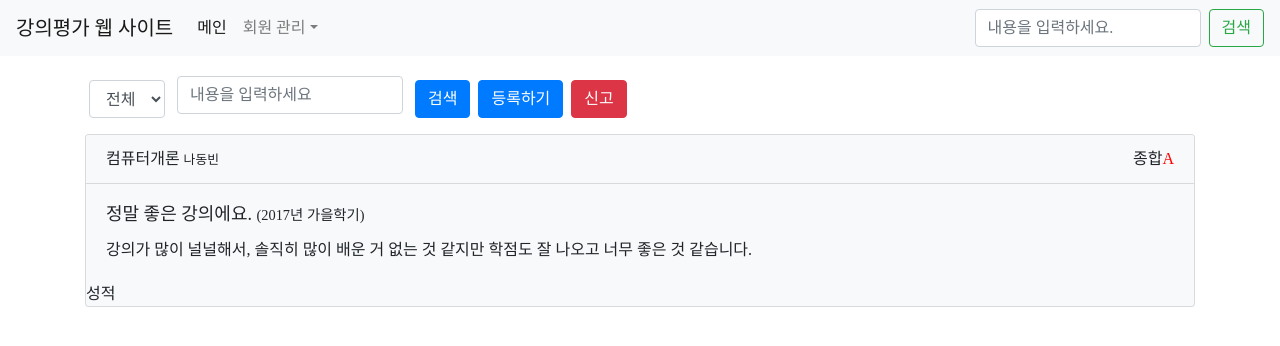
Repository: codelifee/Lecture-Evaluation-Project---java
Page: http://localhost/Lecture_Evaluation/
These files come from the project's save history. The page is drawn as it stood at one moment and after the next save; the edit follows.
The browser window is 1280 px wide. The pictures show the whole page.
Some web fonts or font styles are not loaded; a fallback is used. The page is served by Tomcat 9.

Above is the page before, as saved 2020-08-23 02:34:22.

After the next save:
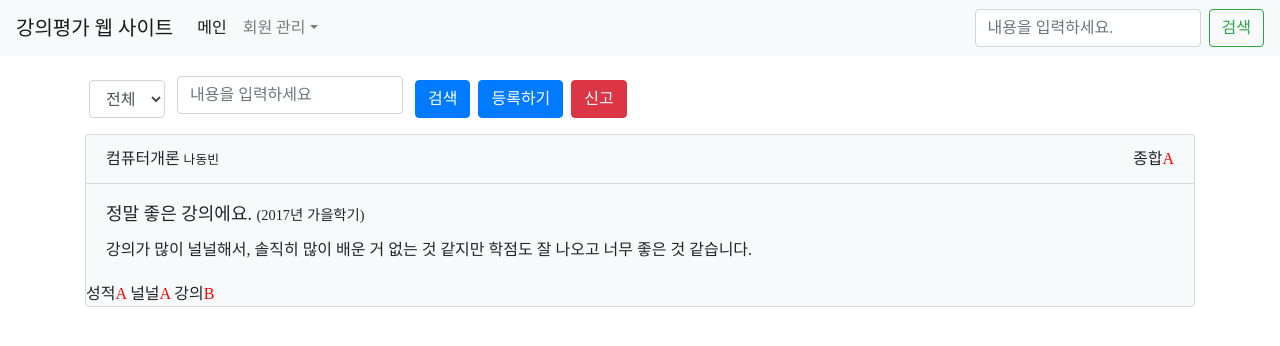
Saved 25 s later.
--- a/Lecture Evaluation/WebContent/index.jsp
+++ b/Lecture Evaluation/WebContent/index.jsp
@@ -66,7 +66,9 @@
 			<p class="card-text">강의가 많이 널널해서, 솔직히 많이 배운 거 없는 것 같지만 학점도 잘 나오고 너무 좋은 것 같습니다.</p>		</div>
 			<div class="row">
 					<div class="col-9 text-left">
-						성적<span style="color: red;">
+						성적<span style="color: red;">A</span>
+						널널<span style="color: red;">A</span>
+						강의<span style="color: red;">B</span>
 					</div>
 			</div>
 	</div>
